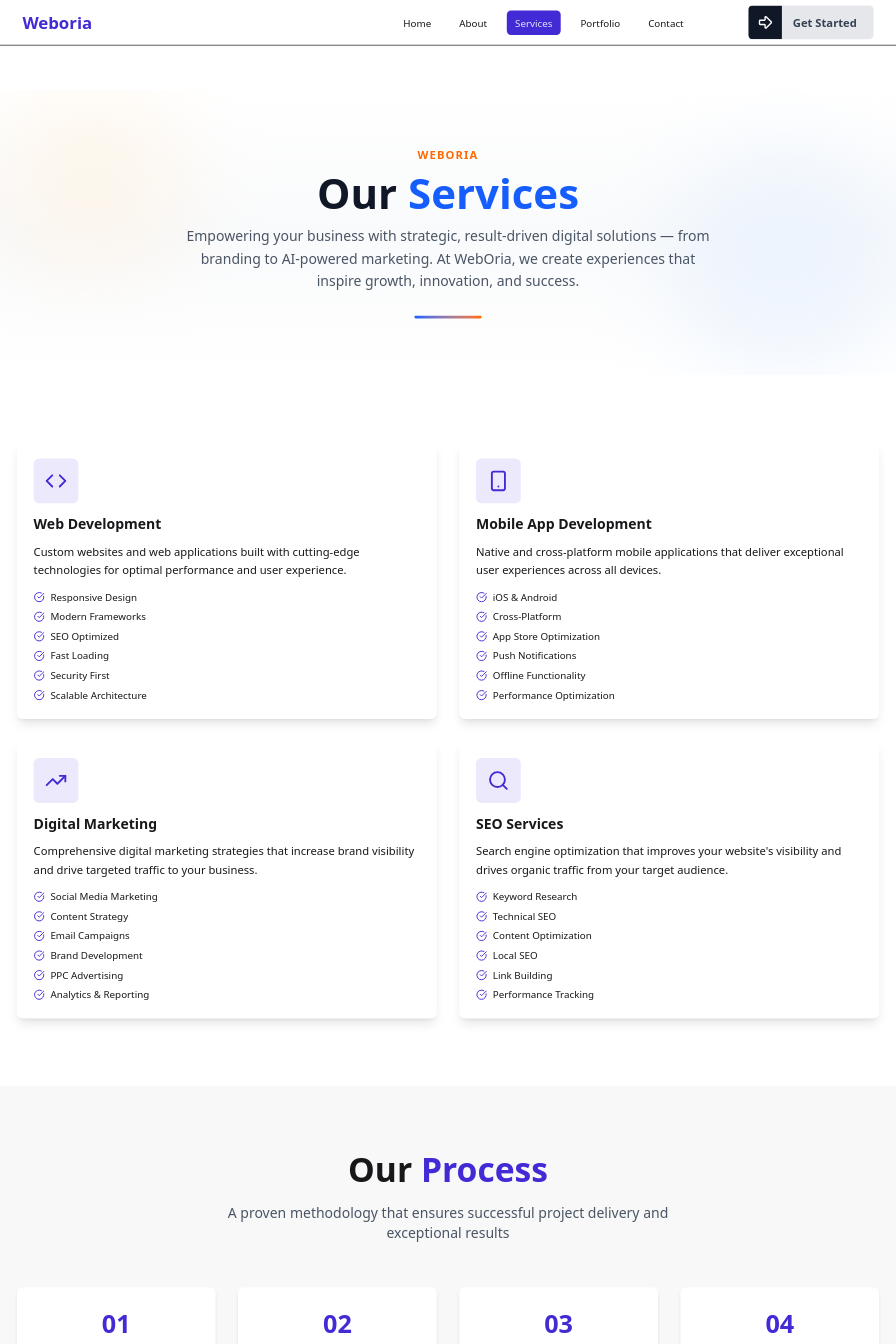
Repository: mdmuhibullahhabib/weboria
Page: /services
These files come from the project's save history. The page is drawn as it stood at one moment and after the next save; the edit follows.
The browser window is 1280 px wide. The pictures show the part of the page from y = 0 to 1920 px (the page is 3798 px tall before and 3766 px after), at 70% of full size.
The project was rebuilt for these pictures with package versions that can differ from the ones it lists, and the page was loaded fresh each time. The framework's server and built-in components were replaced by stand-ins that run in the browser. Also part of the build but not shown: next.config.mjs.

Above is the page before, as saved 2025-10-05 01:19:24.

### src/app/layout.js
import { Geist, Geist_Mono } from "next/font/google";
import "./globals.css";
import Navbar from "@/components/Navbar";
import Footer from "@/components/Footer";
import { Toaster } from "react-hot-toast";

const geistSans = Geist({
  variable: "--font-geist-sans",
  subsets: ["latin"],
});

const geistMono = Geist_Mono({
  variable: "--font-geist-mono",
  subsets: ["latin"],
});

export const metadata = {
  title: "Weboria",
  description: "Digital Marketing Agency",
  icons: "/favicon.ico",
};

export default function RootLayout({ children }) {
  return (
    <html lang="en">
      <body
        className={`${geistSans.variable} ${geistMono.variable} antialiased`}
      >

        <Navbar />
        <Toaster />
        {children}
        <Footer />
      </body>
    </html>
  );
}

### src/app/services/page.jsx
"use client";
import { Code, Smartphone, TrendingUp, Search, CheckCircle } from 'lucide-react';
import CTASection from '../Home/components/CTASection';
import Service from '../Home/components/Service';
import { motion } from "framer-motion";

export default function ServicesPage() {
  const services = [
    {
      icon: Code,
      title: "Web Development",
      description: "Custom websites and web applications built with cutting-edge technologies for optimal performance and user experience.",
      features: ["Responsive Design", "Modern Frameworks", "SEO Optimized", "Fast Loading", "Security First", "Scalable Architecture"]
    },
    {
      icon: Smartphone,
      title: "Mobile App Development",
      description: "Native and cross-platform mobile applications that deliver exceptional user experiences across all devices.",
      features: ["iOS & Android", "Cross-Platform", "App Store Optimization", "Push Notifications", "Offline Functionality", "Performance Optimization"]
    },
    {
      icon: TrendingUp,
      title: "Digital Marketing",
      description: "Comprehensive digital marketing strategies that increase brand visibility and drive targeted traffic to your business.",
      features: ["Social Media Marketing", "Content Strategy", "Email Campaigns", "Brand Development", "PPC Advertising", "Analytics & Reporting"]
    },
    {
      icon: Search,
      title: "SEO Services",
      description: "Search engine optimization that improves your website's visibility and drives organic traffic from your target audience.",
      features: ["Keyword Research", "Technical SEO", "Content Optimization", "Local SEO", "Link Building", "Performance Tracking"]
    }
  ];

  const process = [
    {
      step: "01",
      title: "Discovery & Planning",
      description: "We start by understanding your business goals, target audience, and project requirements to create a comprehensive strategy."
    },
    {
      step: "02",
      title: "Design & Development",
      description: "Our team creates intuitive designs and develops robust solutions using the latest technologies and best practices."
    },
    {
      step: "03",
      title: "Testing & Optimization",
      description: "Rigorous testing ensures quality and performance, while optimization guarantees the best user experience."
    },
    {
      step: "04",
      title: "Launch & Support",
      description: "We handle the launch process and provide ongoing support to ensure your solution continues to perform excellently."
    }
  ];

  const benefits = [
    "Dedicated project manager",
    "Regular progress updates",
    "Quality assurance testing",
    "Post-launch support",
    "Scalable solutions",
    "Modern technologies"
  ];

  return (
    <div className="min-h-screen pt-16">

     <section className="py-20 bg-gradient-to-b from-white via-gray-50 to-white relative overflow-hidden">
      {/* Decorative Background Blobs */}
      <div className="absolute top-0 left-0 w-64 h-64 bg-orange-100 rounded-full blur-3xl opacity-40 animate-pulse"></div>
      <div className="absolute bottom-0 right-0 w-80 h-80 bg-blue-100 rounded-full blur-3xl opacity-40 animate-pulse"></div>

      {/* Main Content */}
      <div className="relative max-w-7xl mx-auto px-6 text-center">
        <motion.p
          initial={{ opacity: 0, y: 20 }}
          whileInView={{ opacity: 1, y: 0 }}
          transition={{ duration: 0.6 }}
          className="text-orange-500 font-semibold tracking-widest uppercase mb-3"
        >
          WebOria
        </motion.p>

        <motion.h1
          initial={{ opacity: 0, y: 30 }}
          whileInView={{ opacity: 1, y: 0 }}
          transition={{ duration: 0.8 }}
          className="text-4xl md:text-6xl font-extrabold text-gray-900 mb-4"
        >
          Our <span className="text-blue-600">Services</span>
        </motion.h1>

        <motion.p
          initial={{ opacity: 0, y: 20 }}
          whileInView={{ opacity: 1, y: 0 }}
          transition={{ delay: 0.2, duration: 0.7 }}
          className="text-gray-600 text-lg md:text-xl max-w-3xl mx-auto leading-relaxed"
        >
          Empowering your business with strategic, result-driven digital
          solutions — from branding to AI-powered marketing. At WebOria, we
          create experiences that inspire growth, innovation, and success.
        </motion.p>

        <motion.div
          initial={{ scaleX: 0 }}
          whileInView={{ scaleX: 1 }}
          transition={{ delay: 0.4, duration: 0.8 }}
          className="w-24 h-1 bg-gradient-to-r from-blue-600 to-orange-500 mx-auto mt-8 rounded-full origin-left"
        />
      </div>
    </section>

      {/* Services Grid */}
      <section className="py-24 bg-base-100">
        <div className="max-w-7xl mx-auto px-6 grid grid-cols-1 md:grid-cols-2 gap-8">
          {services.map((service, index) => (
            <Service key={index} {...service} />
          ))}
        </div>
      </section>

      {/* Process Section */}
      <section className="py-24 bg-base-200">
        <div className="max-w-7xl mx-auto px-6">
          <div className="text-center mb-16">
            <h2 className="text-3xl md:text-5xl font-bold mb-6">
              Our <span className="text-primary">Process</span>
            </h2>
            <p className="text-lg md:text-xl text-gray-600 max-w-2xl mx-auto">
              A proven methodology that ensures successful project delivery and exceptional results
            </p>
          </div>

          <div className="grid grid-cols-1 md:grid-cols-2 lg:grid-cols-4 gap-8">
            {process.map((item, index) => (
              <div
                key={index}
                className="card bg-base-100 shadow-md hover:shadow-xl transition text-center"
                data-testid={`card-process-${item.step}`}
              >
                <div className="card-body p-8">
                  <div className="text-4xl font-bold text-primary mb-4">{item.step}</div>
                  <h3 className="text-xl font-semibold mb-3">{item.title}</h3>
                  <p className="text-gray-600">{item.description}</p>
                </div>
              </div>
            ))}
          </div>
        </div>
      </section>

      {/* Benefits Section */}
      <section className="py-24 bg-base-100">
        <div className="max-w-7xl mx-auto px-6 grid lg:grid-cols-2 gap-16 items-center">
          <div>
            <h2 className="text-3xl md:text-4xl font-bold mb-6">
              Why Choose <span className="text-primary">Weboria</span>?
            </h2>
            <p className="text-lg text-gray-600 mb-8">
              We're not just another digital agency. We're your partners in success,
              committed to delivering solutions that drive real business results.
            </p>

            <div className="space-y-4">
              {benefits.map((benefit, index) => (
                <div key={index} className="flex items-center">
                  <CheckCircle className="w-6 h-6 text-secondary mr-3" />
                  <span className="text-gray-800 font-medium">{benefit}</span>
                </div>
              ))}
            </div>
          </div>

          <div className="grid grid-cols-2 gap-6">
            <div className="p-6 bg-white rounded-lg shadow text-center">
              <div className="text-3xl font-bold text-primary mb-2">500+</div>
              <p className="text-gray-600">Projects Delivered</p>
            </div>
            <div className="p-6 bg-white rounded-lg shadow text-center">
              <div className="text-3xl font-bold text-primary mb-2">99%</div>
              <p className="text-gray-600">Client Satisfaction</p>
            </div>
            <div className="p-6 bg-white rounded-lg shadow text-center">
              <div className="text-3xl font-bold text-primary mb-2">5+</div>
              <p className="text-gray-600">Years Experience</p>
            </div>
            <div className="p-6 bg-white rounded-lg shadow text-center">
              <div className="text-3xl font-bold text-primary mb-2">24/7</div>
              <p className="text-gray-600">Support Available</p>
            </div>
          </div>
        </div>
      </section>

      {/* CTA Section */}
      <CTASection
        title="Ready to Get Started?"
        subtitle="Let's discuss your project and create a solution that drives your business forward."
        primaryButtonText="Start Your Project"
        secondaryButtonText="Get Free Consultation"
        onPrimaryClick={() => console.log('Navigate to contact form')}
        onSecondaryClick={() => console.log('Schedule free consultation')}
      />
    </div>
  );
}

### src/components/Navbar.jsx
"use client";
import { useState } from "react";
import Link from "next/link";
import { usePathname } from "next/navigation";
import { Menu, X } from "lucide-react";
import Button from "./Button";

export default function Navbar() {
  const [isOpen, setIsOpen] = useState(false);
  const pathname = usePathname();

  const navigation = [
    { name: "Home", href: "/" },
    { name: "About", href: "/about" },
    { name: "Services", href: "/services" },
    { name: "Portfolio", href: "/portfolio" },
    { name: "Contact", href: "/contact" },
  ];

  const isActive = (href) => {
    if (href === "/" && pathname === "/") return true;
    if (href !== "/" && pathname.startsWith(href)) return true;
    return false;
  };

  return (
    <nav className="sticky top-0 z-50 bg-base-100/95 backdrop-blur-md border-b shadow-sm">
      <div className="max-w-7xl mx-auto px-4 sm:px-6 lg:px-8">
        <div className="flex justify-between items-center h-16">
          {/* Logo */}
          <Link href="/" data-testid="link-home">
            <h1 className="text-2xl font-bold text-primary">Weboria</h1>
          </Link>

          {/* Desktop Navigation */}
          <div className="hidden md:flex space-x-4 items-center">
            {navigation.map((item) => (
              <Link key={item.name} href={item.href} data-testid={`link-${item.name.toLowerCase()}`}>
                <span
                  className={`px-3 py-2 rounded-md text-sm font-medium transition-colors ${isActive(item.href)
                      ? "bg-primary text-primary-content"
                      : "text-base-content hover:text-primary"
                    }`}
                >
                  {item.name}
                </span>
              </Link>
            ))}

            {/* CTA Button */}
            <Button
            className="ml-16 "
              text={"Get Started"}
              href="/contact"
            />
          </div>

          {/* Mobile menu button */}
          <div className="md:hidden">
            <button
              className="btn btn-ghost btn-square"
              onClick={() => setIsOpen(!isOpen)}
              data-testid="button-mobile-menu"
            >
              {isOpen ? <X className="w-6 h-6" /> : <Menu className="w-6 h-6" />}
            </button>
          </div>
        </div>

        {/* Mobile Navigation */}
        {isOpen && (
          <div className="md:hidden mt-2 border-t">
            <div className="flex flex-col space-y-1 px-2 py-3">
              {navigation.map((item) => (
                <Link key={item.name} href={item.href} data-testid={`link-mobile-${item.name.toLowerCase()}`}>
                  <span
                    className={`block px-3 py-2 rounded-md text-base font-medium transition-colors ${isActive(item.href)
                        ? "bg-primary text-primary-content"
                        : "text-base-content hover:text-primary"
                      }`}
                    onClick={() => setIsOpen(false)}
                  >
                    {item.name}
                  </span>
                </Link>
              ))}

              {/* Mobile CTA Button */}
              <Button
                text={"Get Started"}
                href="/contact"
              />
            </div>
          </div>
        )}
      </div>
    </nav>
  );
}

### src/components/Footer.jsx
"use client";

import Link from "next/link";
import {
  Facebook,
  Twitter,
  Linkedin,
  Instagram,
  Mail,
  Phone,
  MapPin,
} from "lucide-react";

export default function Footer() {
  // ✅ CTA function in plain JS
  const handleNewsletterSubmit = (e) => {
    e.preventDefault();
    const formData = new FormData(e.target);
    const email = formData.get("email");
    console.log("Newsletter signup:", email);
    e.target.reset();
  };

  const quickLinks = [
    { name: "Home", href: "/" },
    { name: "About", href: "/about" },
    { name: "Services", href: "/services" },
    { name: "Portfolio", href: "/portfolio" },
    { name: "Contact", href: "/contact" },
  ];

  const services = [
    { name: "Web Development", href: "/services" },
    { name: "Mobile Apps", href: "/services" },
    { name: "Digital Marketing", href: "/services" },
    { name: "SEO Services", href: "/services" },
  ];

  const socialLinks = [
    { Icon: Facebook, href: "#", label: "Facebook" },
    { Icon: Twitter, href: "#", label: "Twitter" },
    { Icon: Linkedin, href: "#", label: "LinkedIn" },
    { Icon: Instagram, href: "#", label: "Instagram" },
  ];

  return (
    <footer className="bg-base-200 border-t">
      <div className="max-w-7xl mx-auto px-4 sm:px-6 lg:px-8 py-16">
        {/* Main Footer Content */}
        <div className="grid grid-cols-1 md:grid-cols-2 lg:grid-cols-4 gap-8">
          {/* Company Info */}
          <div className="space-y-4">
            <h3 className="text-2xl font-bold text-primary">Weboria</h3>
            <p className="text-base-content/70 leading-relaxed">
              Transforming businesses through innovative digital solutions.
              We create experiences that inspire, engage, and convert.
            </p>

            {/* Contact Info */}
            <div className="space-y-2 text-base-content/70">
              <div className="flex items-center">
                <Mail className="w-4 h-4 mr-2" />
                <span className="text-sm">hello@weboria.com</span>
              </div>
              <div className="flex items-center">
                <Phone className="w-4 h-4 mr-2" />
                <span className="text-sm">+1 (555) 123-4567</span>
              </div>
              <div className="flex items-center">
                <MapPin className="w-4 h-4 mr-2" />
                <span className="text-sm">San Francisco, CA</span>
              </div>
            </div>
          </div>

          {/* Quick Links */}
          <div>
            <h4 className="text-lg font-semibold mb-4">Quick Links</h4>
            <ul className="space-y-2">
              {quickLinks.map((link) => (
                <li key={link.name}>
                  <Link href={link.href}>
                    <span className="text-base-content/70 hover:text-primary transition-colors">
                      {link.name}
                    </span>
                  </Link>
                </li>
              ))}
            </ul>
          </div>

          {/* Services */}
          <div>
            <h4 className="text-lg font-semibold mb-4">Services</h4>
            <ul className="space-y-2">
              {services.map((service) => (
                <li key={service.name}>
                  <Link href={service.href}>
                    <span className="text-base-content/70 hover:text-primary transition-colors">
                      {service.name}
                    </span>
                  </Link>
                </li>
              ))}
            </ul>
          </div>

          {/* Newsletter */}
          <div>
            <h4 className="text-lg font-semibold mb-4">Stay Updated</h4>
            <p className="text-base-content/70 text-sm mb-4">
              Get the latest insights and updates on digital trends.
            </p>
            <form onSubmit={handleNewsletterSubmit} className="space-y-2">
              <input
                type="email"
                name="email"
                placeholder="Enter your email"
                className="input input-bordered w-full"
                required
              />
              <button type="submit" className="btn btn-primary w-full">
                Subscribe
              </button>
            </form>
          </div>
        </div>

        {/* Social Links & Copyright */}
        <div className="border-t mt-12 pt-8">
          <div className="flex flex-col md:flex-row justify-between items-center space-y-4 md:space-y-0">
            {/* Social Links */}
            <div className="flex space-x-4">
              {socialLinks.map(({ Icon, href, label }) => (
                <a
                  key={label}
                  href={href}
                  target="_blank"
                  rel="noopener noreferrer"
                  className="btn btn-circle btn-ghost"
                  aria-label={label}
                >
                  <Icon className="w-5 h-5" />
                </a>
              ))}
            </div>

            {/* Copyright */}
            <div className="text-center md:text-right">
              <p className="text-base-content/70 text-sm">
                © 2024 Weboria. All rights reserved.
              </p>
            </div>
          </div>
        </div>
      </div>
    </footer>
  );
}

### src/app/Home/components/CTASection.jsx
import { ArrowRight, CheckCircle } from "lucide-react";

export default function CTASection({
  title = "Ready to Transform Your Digital Presence?",
  subtitle = "Join hundreds of successful businesses that trust Weboria to deliver exceptional digital solutions.",
  benefits = [
    "Free consultation and project planning",
    "Dedicated project manager",
    "30-day money-back guarantee",
    "Ongoing support and maintenance",
  ],
  primaryButtonText = "Start Your Project",
  secondaryButtonText = "Schedule a Call",
  onPrimaryClick,
  onSecondaryClick,
}) {
  const handlePrimaryClick = () => {
    console.log("Primary CTA clicked");
    onPrimaryClick?.();
  };

  const handleSecondaryClick = () => {
    console.log("Secondary CTA clicked");
    onSecondaryClick?.();
  };

  return (
    <section className="py-24 bg-gradient-to-br from-primary to-secondary">
      <div className="max-w-7xl mx-auto px-4 sm:px-6 lg:px-8">
        <div className="max-w-4xl mx-auto text-center">
          {/* Title */}
          <h2 className="text-3xl md:text-4xl lg:text-5xl font-bold text-white mb-6">
            {title}
          </h2>

          {/* Subtitle */}
          <p className="text-xl text-white/90 mb-8 max-w-2xl mx-auto leading-relaxed">
            {subtitle}
          </p>

          {/* Benefits List */}
          <div className="grid grid-cols-1 md:grid-cols-2 gap-4 mb-12 max-w-2xl mx-auto">
            {benefits.map((benefit, index) => (
              <div key={index} className="flex items-center text-white/90">
                <CheckCircle className="w-5 h-5 text-accent mr-3 flex-shrink-0" />
                <span>{benefit}</span>
              </div>
            ))}
          </div>

          {/* CTA Buttons */}
          <div className="flex flex-col sm:flex-row gap-4 justify-center items-center">
            {/* Primary Button */}
            <button
              className="btn btn-primary flex items-center px-8 py-4 text-lg"
              onClick={handlePrimaryClick}
              data-testid="button-cta-primary"
            >
              {primaryButtonText}
              <ArrowRight className="ml-2 w-5 h-5" />
            </button>

            {/* Secondary Button */}
            <button
              className="btn btn-outline btn-white flex items-center px-8 py-4 text-lg"
              onClick={handleSecondaryClick}
              data-testid="button-cta-secondary"
            >
              {secondaryButtonText}
            </button>
          </div>
        </div>
      </div>
    </section>
  );
}

### src/app/Home/components/Service.jsx

import { CheckCircle } from "lucide-react";

// Service card component
export default function Service({ icon: Icon, title, description, features = [] }) {
  return (
    <div className="h-full bg-base-100 shadow-lg rounded-lg p-6 flex flex-col transition-all duration-300 hover:scale-105 hover:shadow-xl">
      {/* Icon */}
      {Icon && (
        <div className="flex items-center justify-center w-16 h-16 bg-primary/10 rounded-lg mb-4">
          <Icon className="w-8 h-8 text-primary" />
        </div>
      )}

      {/* Title */}
      <h3 className="text-xl font-semibold mb-3 text-foreground">{title}</h3>

      {/* Description */}
      <p className="text-muted-foreground mb-4 leading-relaxed">{description}</p>

      {/* Features */}
      {features.length > 0 && (
        <ul className="space-y-2 mt-auto">
          {features.map((feature, index) => (
            <li key={index} className="flex items-center text-sm text-muted-foreground">
              <CheckCircle className="w-4 h-4 text-primary mr-2 flex-shrink-0" />
              {feature}
            </li>
          ))}
        </ul>
      )}
    </div>
  );
}

### src/components/Button.jsx
// Button.jsx
"use client";

import { ArrowBigRight } from "lucide-react";
import Link from "next/link";

export default function Button({ text, href = "#", className = "" }) {
  return (
    <Link
      href={href}
      className={`
        relative inline-flex items-center overflow-hidden group rounded-md font-semibold
        bg-gray-200 text-gray-700 border-none hover:bg-gray-300 transition-colors
        ${className}
      `}
    >
      {/* বাম পাশে আইকন বক্স */}
      <span
        className="
          absolute left-0 top-0 h-full w-12 flex items-center justify-center
          bg-gray-900 text-white text-xl font-bold z-20
        "
      >
        <ArrowBigRight />
      </span>

      {/* মূল টেক্সট */}
      <span
        className="
          relative z-20 py-3 px-6 pl-16 transition-colors
          group-hover:text-gray-900
        "
      >
        {text}
      </span>

      {/* Hover effect (Sky Blue wipe) */}
      <span
        className="
          absolute top-0 left-0 w-0 h-full bg-sky-400
          group-hover:w-full transition-all duration-300 ease-out z-10
        "
      />
    </Link>
  );
}

Loaded but not shown: src/app/globals.css (common file)

After the next save:
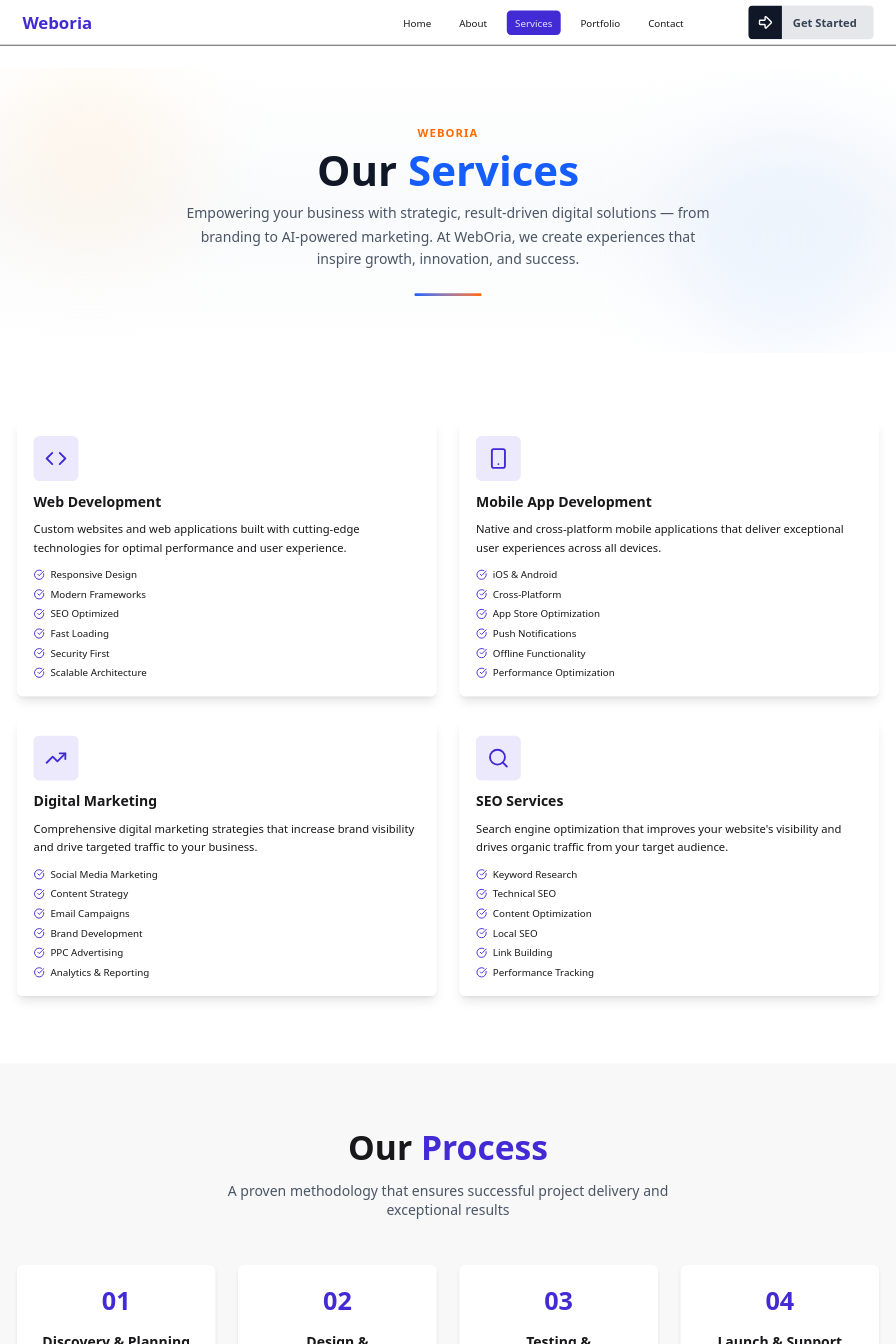
Saved 21 s later.
--- a/src/app/services/page.jsx
+++ b/src/app/services/page.jsx
@@ -65,7 +65,7 @@ export default function ServicesPage() {
   ];
 
   return (
-    <div className="min-h-screen pt-16">
+    <div className="min-h-screen pt-8">
 
      <section className="py-20 bg-gradient-to-b from-white via-gray-50 to-white relative overflow-hidden">
       {/* Decorative Background Blobs */}
